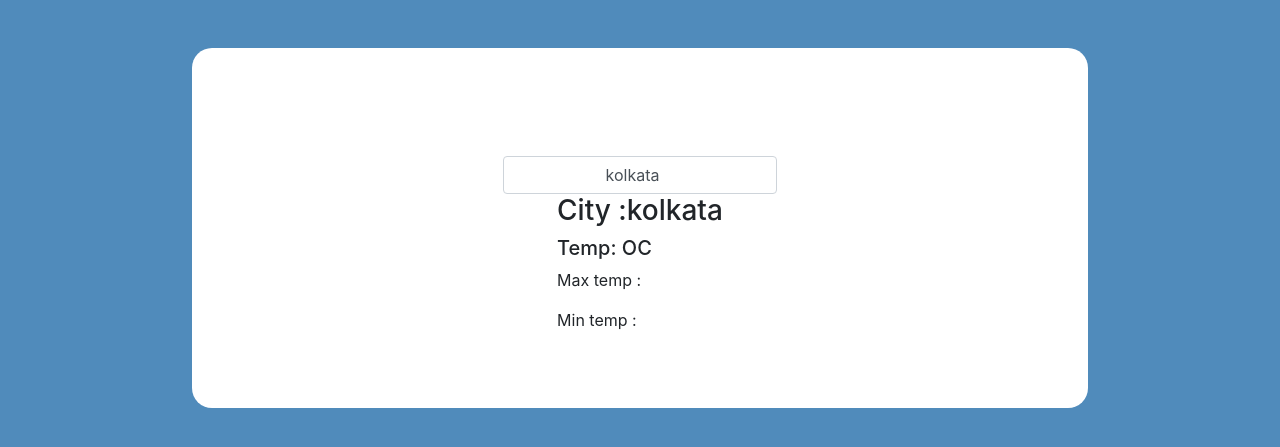
Repository: subhaDTECH/weather-app
Page: /
An editor plug-in stored every save of this project. The page is shown before and after the next save, followed by the edit.
The browser window is 1280 px wide. The pictures show the whole page.
The page's requests for data from a server got no answer. The project was rebuilt for these pictures with package versions that can differ from the ones it lists, and the page was loaded fresh each time. No one was signed in, and anything a server would have sent is missing.

Above is the page before, as saved 2021-11-19 16:20:21.

### src/index.css
*{
  margin: 0;
  padding: 0;
  box-sizing: border-box;
}
.main_section{
  background-color: rgb(80, 139, 187);
  width: 100vw;
  height: 100vh;
}
body{
  background-color: rgb(80, 139, 187);
}
.weather-app{
 width :70vw;
 height:50vh;
  background-color:#fff;
  border-radius: 20px;
}
.center_div{
  display: grid;
  place-items: center;
}
/* @media (max-width:786){
  .weather-app{
    max-width: 400px;
    max-height: 400px;
    background-color:#fff;
    border-radius: 20px;
  }

} */

### src/App.js
import React,{useState,useEffect} from 'react';
import "../node_modules/bootstrap/dist/css/bootstrap.min.css";
import "./index.css";
const App=()=>{
  const[city,setCity]=useState([]);
  const [search,setSearch]=useState('kolkata');
  useEffect(() => {

    const fetchApi=async()=>{

     const res=await fetch(`http://api.openweathermap.org/data/2.5/weather?q=${search}&units=metric&appid=b4769bbe9a42ca0e8de1f56e70704218`);
     const jsondata=await res.json();



     setCity(jsondata.main);
     console.log('city',city);



    }
    fetchApi();

  },[search])


  return (
    <>
    <div className="container-fluid  main_section">
      <div className='row'>
        <div className="col-md-10 mx-auto center_div mt-5">
         <div className="weather-app d-flex justify-content-center align-items-center flex-column">
           <div className="input_box mt-5 text-center d-inline d-flex justify-content-center align-items-center">
           <input autoComplete="off"
           placeholder="Enter the cit name..."
           value={search} onChange={(event)=>{setSearch(event.target.value)}} className="form-control me-2 text-center" type="search" placeholder="Enter the city name" aria-label="Search"/>


            <div>

            </div>


           </div>
           <div className="info_box">
               <h3>City :{search}</h3>
              <h5>Temp:{city?.temp} OC</h5>
               <p>Max temp :{city?.temp_max}</p>
               <p>Min temp :{city?.temp_min}</p>

           </div>



         </div>


        </div>

    </div>

    </div>

    </>
  )
}
export default App;

Loaded but not shown: public/index.html (common file); src/index.js (common file)

After the next save:
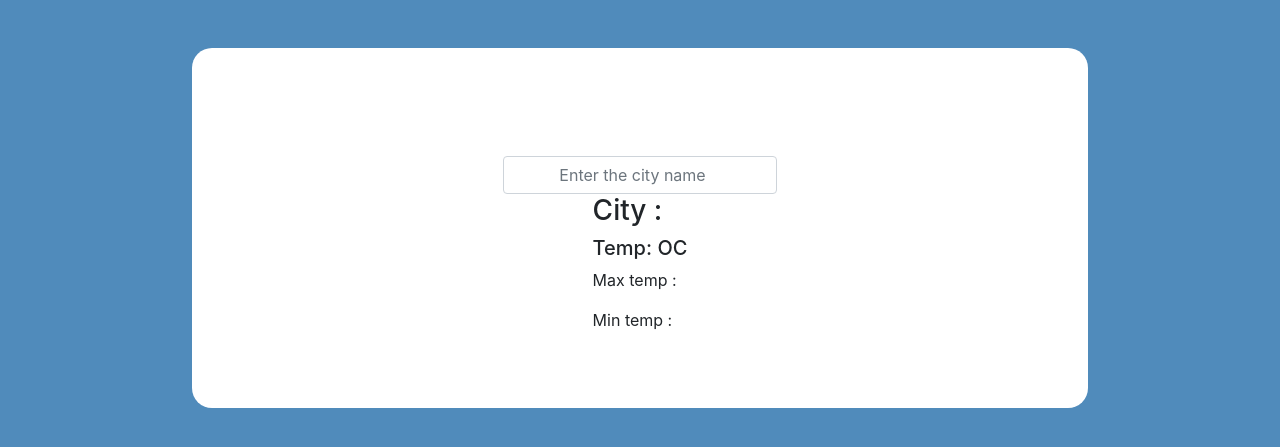
Saved 23 s later.
--- a/src/App.js
+++ b/src/App.js
@@ -3,7 +3,7 @@ import "../node_modules/bootstrap/dist/css/bootstrap.min.css";
 import "./index.css";
 const App=()=>{
   const[city,setCity]=useState([]);
-  const [search,setSearch]=useState('kolkata');
+  const [search,setSearch]=useState();
   useEffect(() => {
 
     const fetchApi=async()=>{
